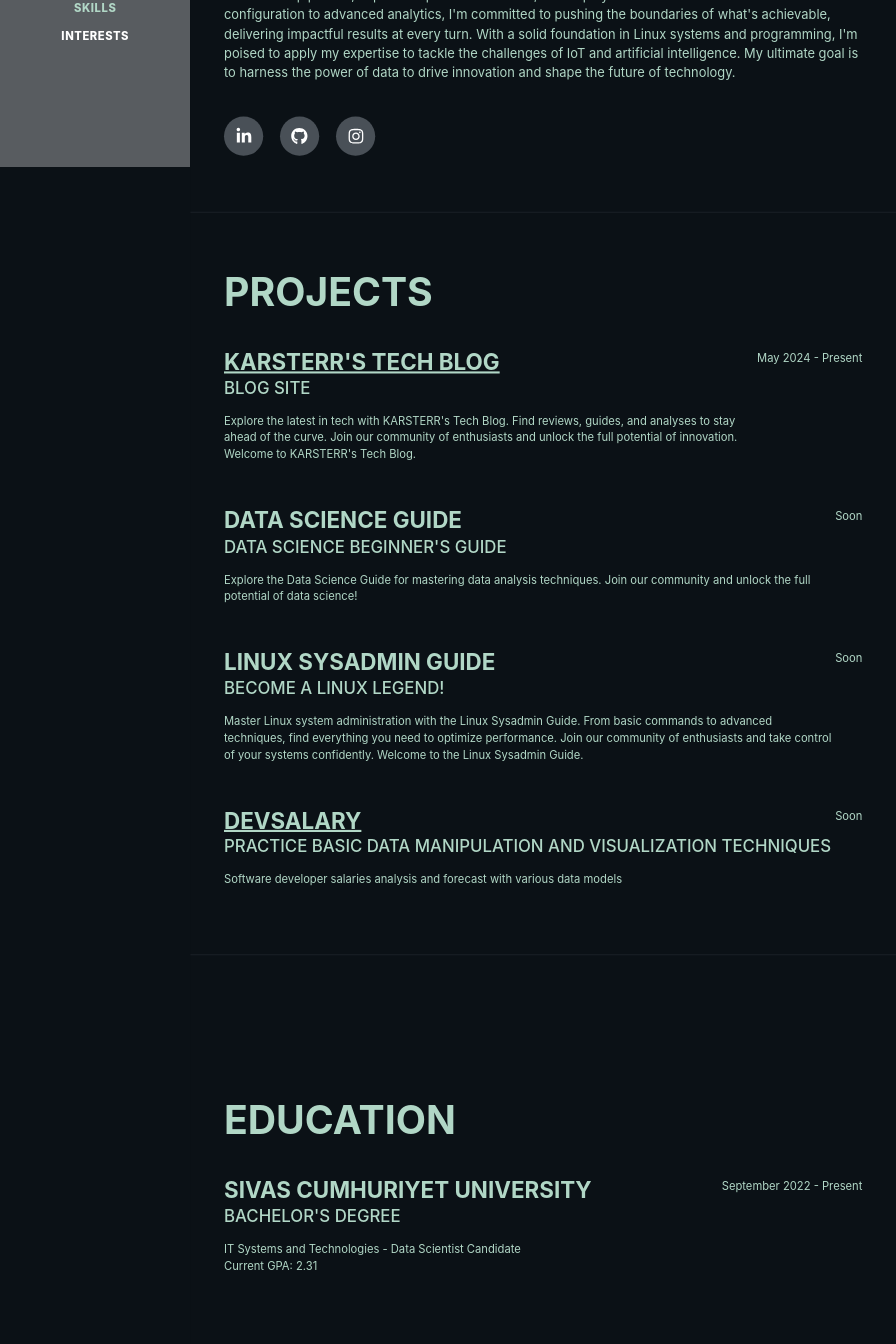
Repository: karsterr/karsterr.github.io
Page: index.html
The author's editor kept a copy of each file at every save. The page is drawn from the files as they stood at one save, then again after the next save.
The browser window is 1280 px wide. The pictures show the part of the page from y = 482 to 2402 px (the page is 4009 px tall), at 70% of full size.
Some web fonts or font styles are not loaded; a fallback is used. Some web libraries are served in a nearby version.

Above is the page before, as saved 2024-05-28 16:34:46.

After the next save:
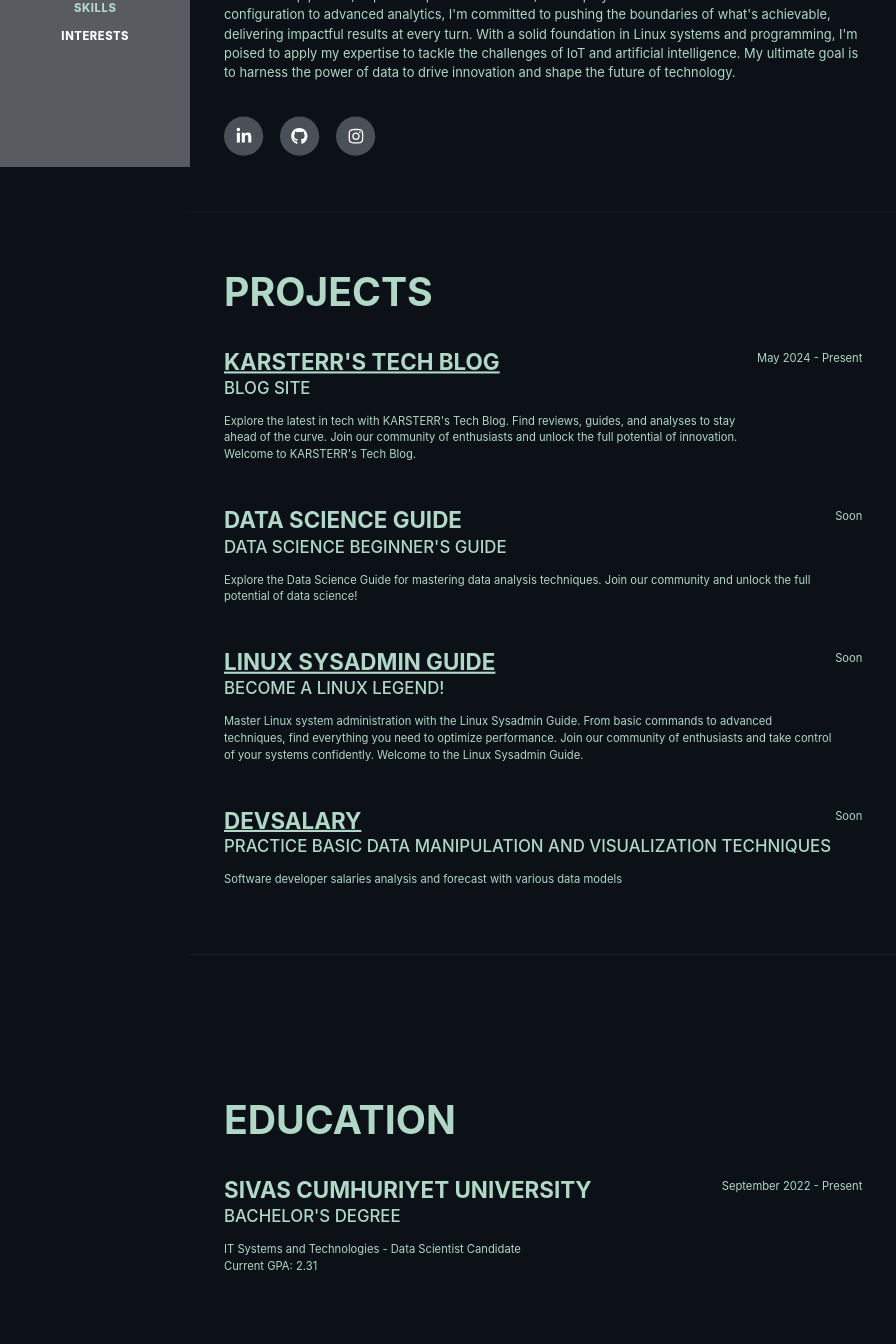
Saved 55 s later.
--- a/index.html
+++ b/index.html
@@ -81,7 +81,7 @@
                     </div>
                     <div class="d-flex flex-column flex-md-row justify-content-between mb-5">
                         <div class="flex-grow-1">
-                            <h3 class="mb-0">Linux Sysadmin Guide</h3>
+                            <h3 class="mb-0"><a href="https://github.com/karsterr/LinuxSysadminGuide" target="_blank" rel="noopener noreferrer">Linux Sysadmin Guide</a></h3>
                             <div class="subheading mb-3">Become a Linux Legend!</div>
                             <p>Master Linux system administration with the Linux Sysadmin Guide. From basic commands to advanced techniques, find everything you need to optimize performance. Join our community of enthusiasts and take control of your systems confidently. Welcome to the Linux Sysadmin Guide.</p>
                         </div>
